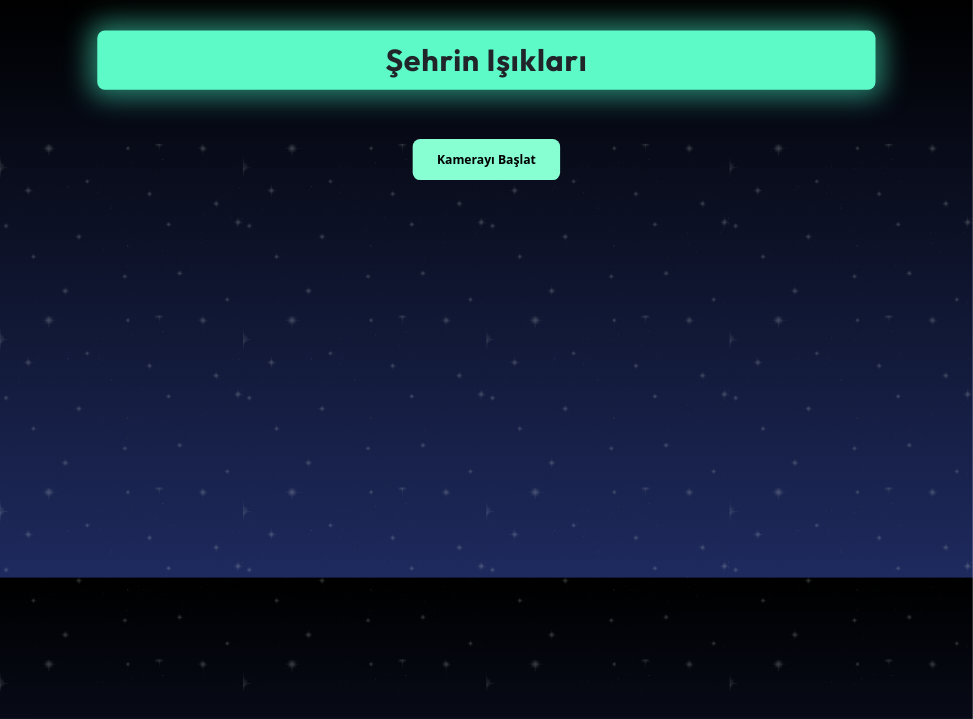
Repository: BiranOrundas/CameraQR
Page: index.html
The author's editor kept a copy of each file at every save. The page is drawn from the files as they stood at one save, then again after the next save.
The browser window is 1280 px wide. The pictures show the whole page, at 76% of full size.

Above is the page before, as saved 2024-08-29 15:48:51.

After the next save:
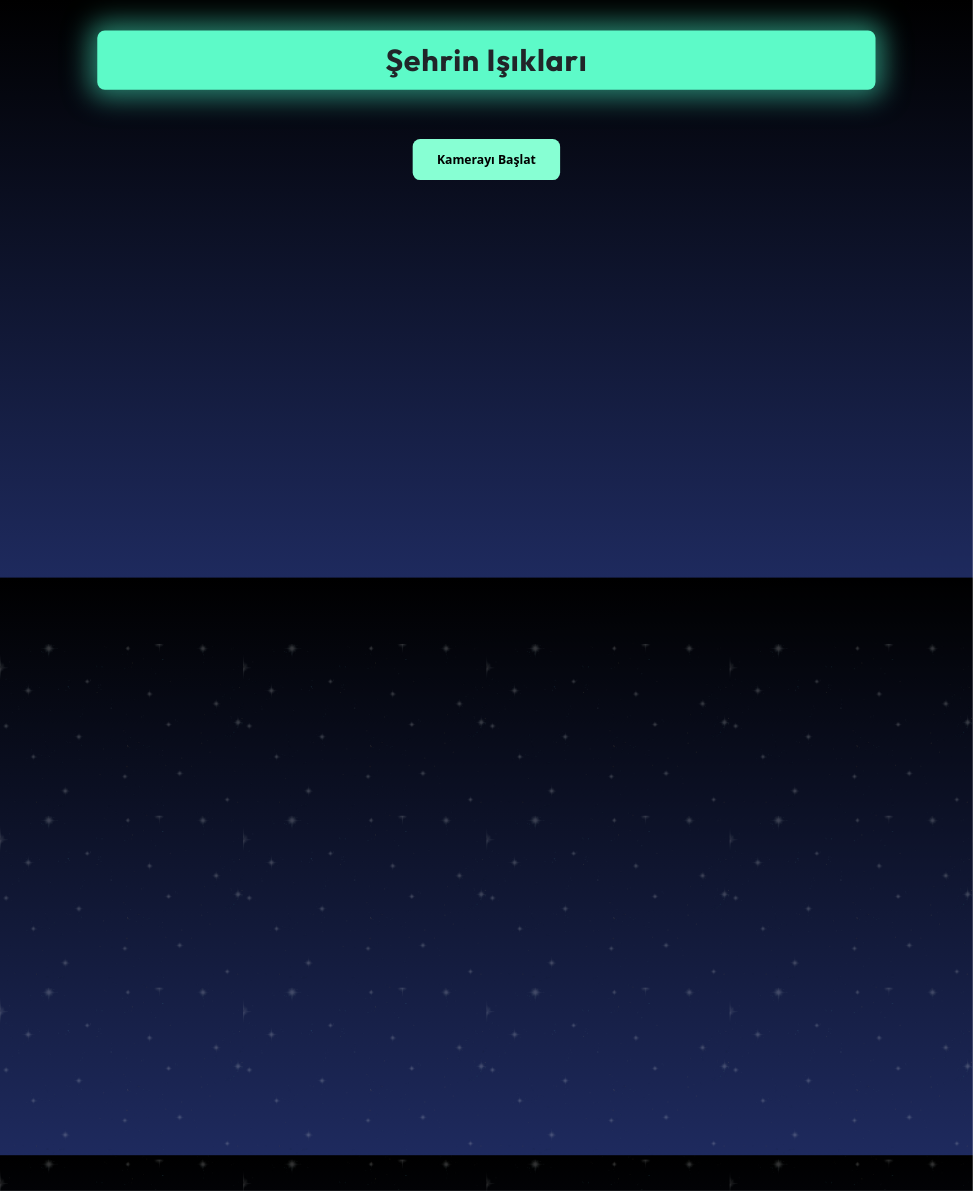
Saved 32 s later.
--- a/style.css
+++ b/style.css
@@ -21,14 +21,14 @@
   background-repeat: repeat;
   background-size: 25%;
   animation-name: slide;
-  animation-duration: 14s;
+  animation-duration: 24s;
   animation-direction: normal;
   animation-iteration-count: infinite;
 }
 
 @keyframes slide {
   0% {top: 0px;}
-  50% {top: 200px;}
+  50% {top: 1200px;}
    100% {top: 0px;}
 }
 body{
